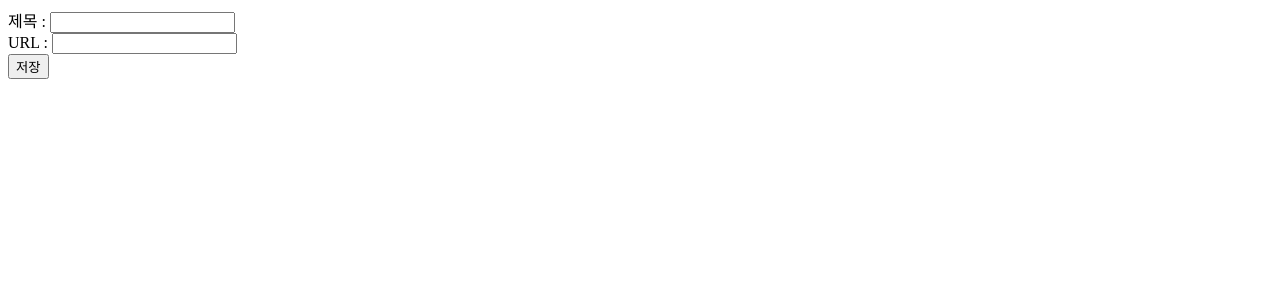
Repository: kKn00077/IOUSOFT
Page: http://localhost/Q2/add.jsp
An editor plug-in stored every save of this project. The page is shown before and after the next save, followed by the edit.
The browser window is 1280 px wide. The pictures show the whole page.
The page is served by Tomcat 9.

Above is the page before, as saved 2018-11-22 06:38:15.

After the next save:
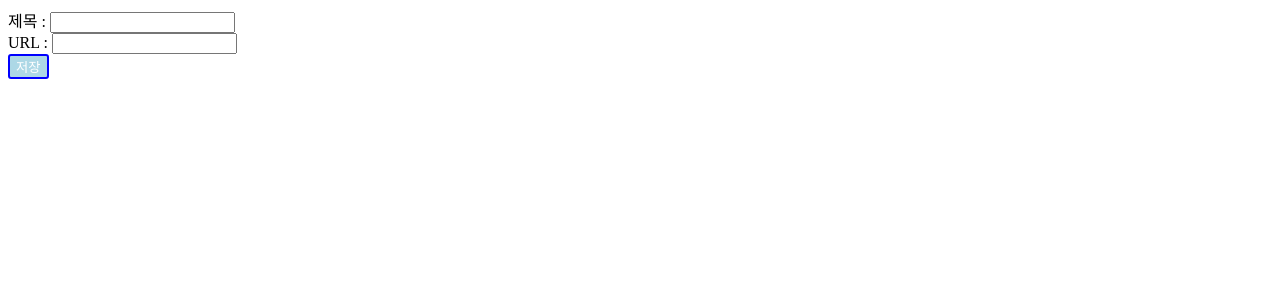
Saved 2 min 19 s later.
--- a/Q2/WebContent/add.jsp
+++ b/Q2/WebContent/add.jsp
@@ -22,7 +22,7 @@ div{
 제목 : <input type="text" name="name"><br>
 URL : <input type="text" name="url"><br>
 <div>
-	<input type="submit" value="저장">
+	<input type="submit" id="add_but" value="저장">
 </div>
 
 </form>
